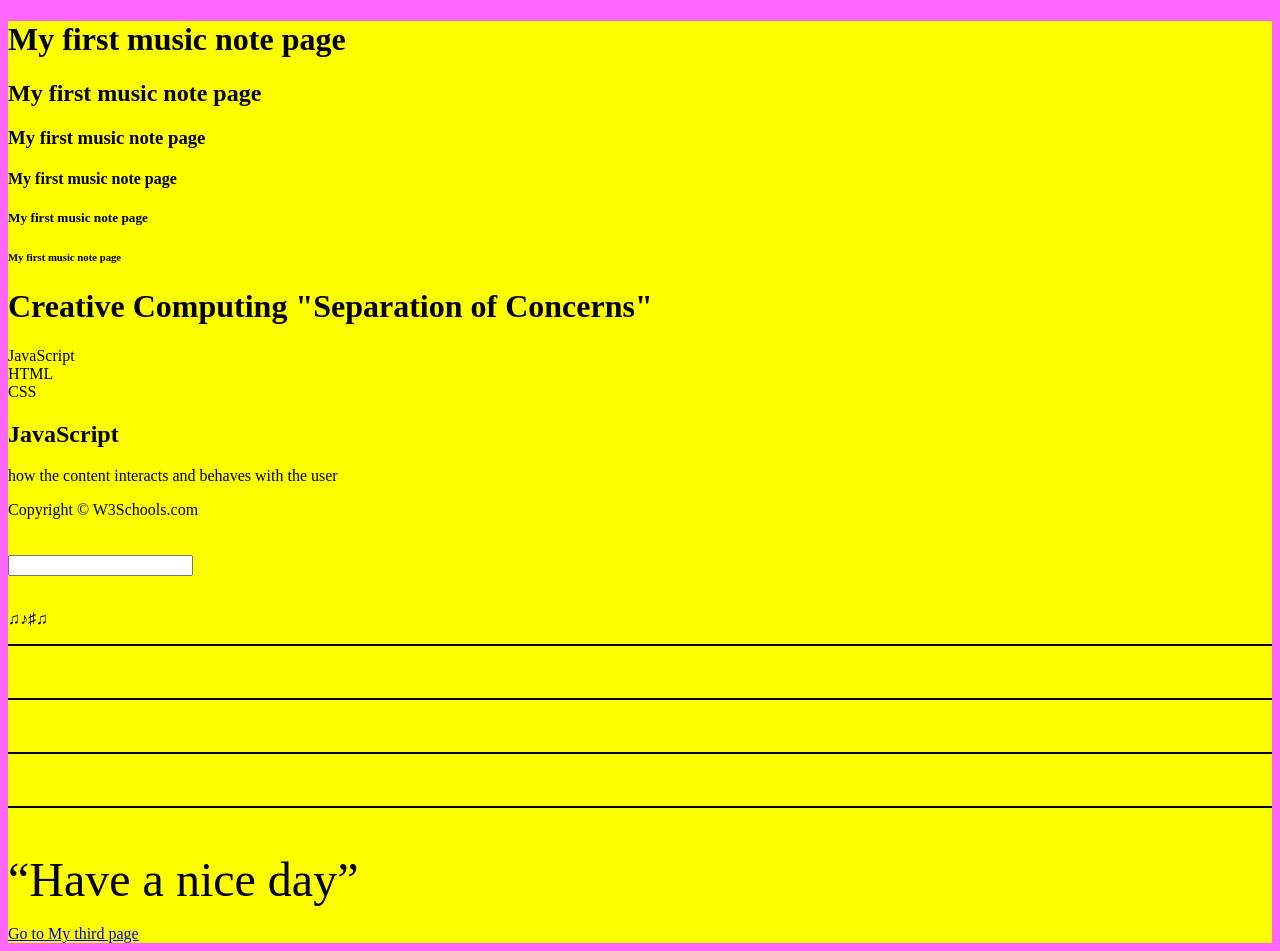
Repository: jangj879/jangj879.github.io
Page: Secondpage.html
The author's editor kept a record of every edit. The page is drawn from the files as they stood at one moment, then again after the next edit.
The browser window is 1280 px wide. The pictures show the whole page.

Above is the page before.

After the next edit:
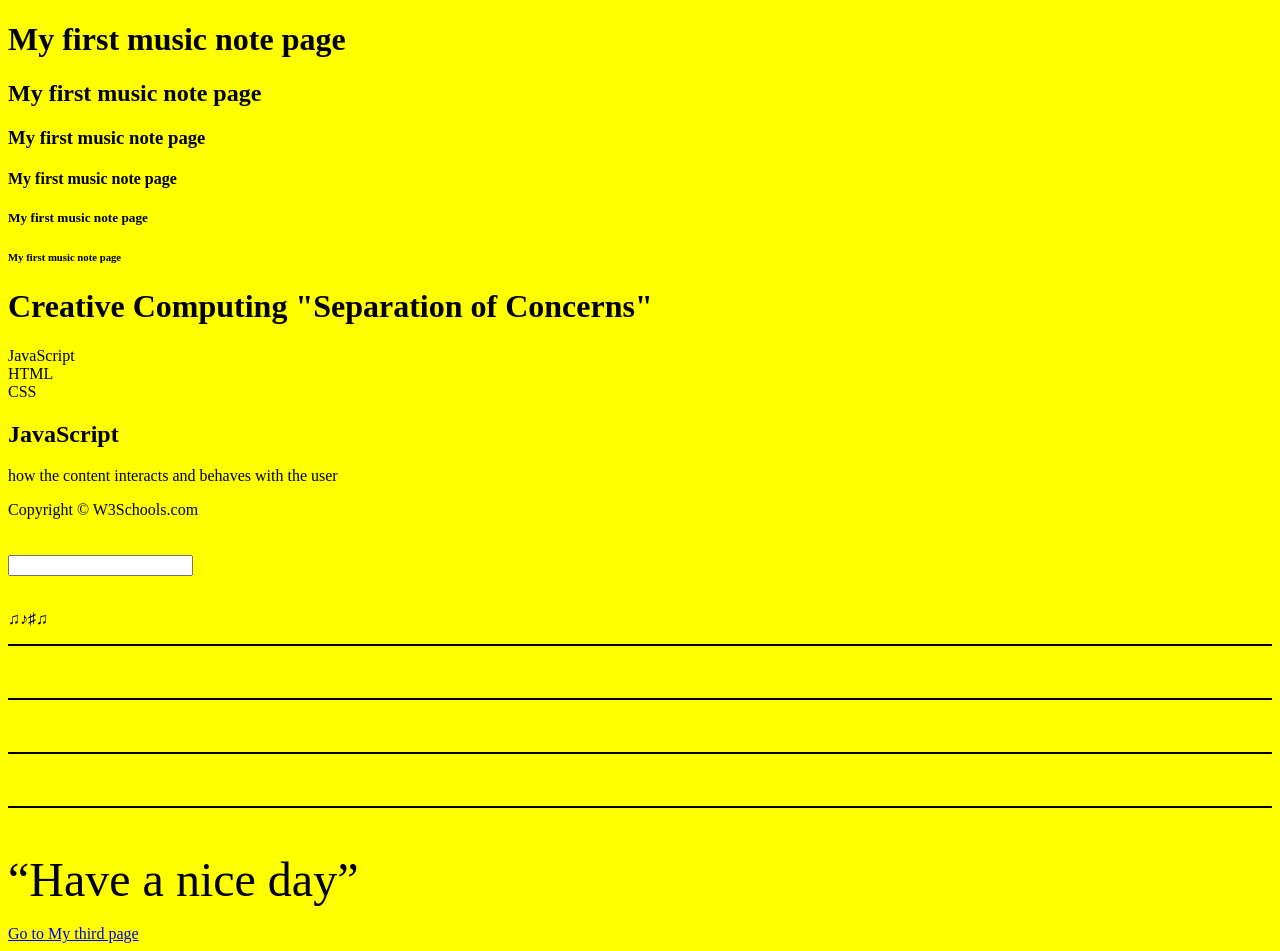
The edit:
--- a/Secondpage.html
+++ b/Secondpage.html
@@ -79,9 +79,3 @@
 	<head>
 		<title>"Jihea's page"</title>
         <style>
-		html {
-			margin: auto;
-			padding: 0;
-			background-color: #F6F;
-		}
-		 </html>
